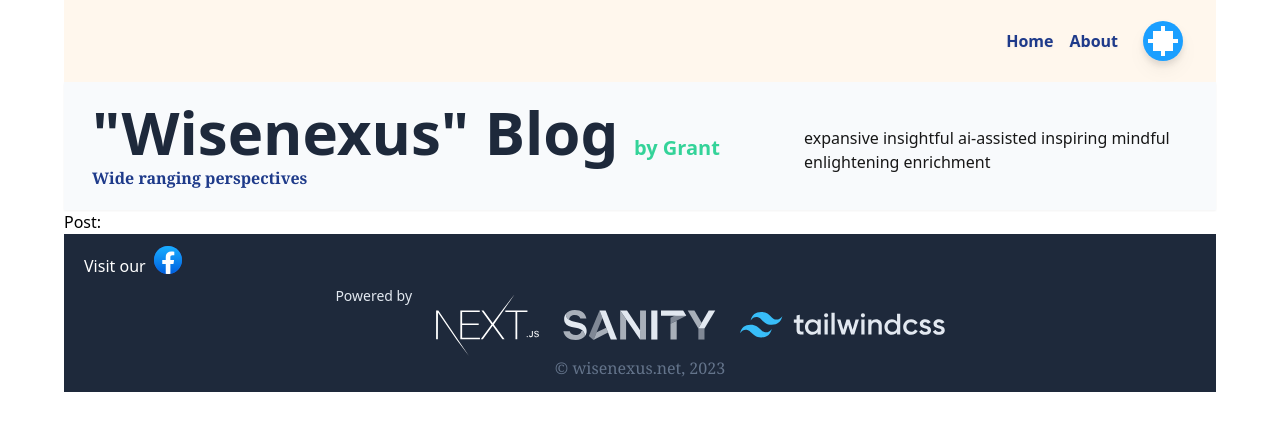
Repository: gpgundersen/sanity3-nextjs13-blog
Page: /post
An editor plug-in stored every save of this project. The page is shown before and after the next save, followed by the edit.
The browser window is 1280 px wide. The pictures show the whole page.
The project was rebuilt for these pictures with package versions that can differ from the ones it lists, and the page was loaded fresh each time. The framework's server and built-in components were replaced by stand-ins that run in the browser. Also part of the build but not shown: next.config.js.

Above is the page before, as saved 2023-02-05 17:03:21.

### app/(user)/layout.tsx
import Header from "../../components/Header"
import Banner from "../../components/Banner"
import Footer from "../../components/Footer"
import "../../styles/globals.css";

export default function RootLayout({
  children,
}: {
  children: React.ReactNode
}): JSX.Element {
  return (
    <html>
      <head />
      <body className="max-w-6xl mx-auto">
        <Header />
        <Banner />
        {children}
        <Footer />
        </body>
    </html>
  )
}

### app/(user)/post/page.tsx
import { client } from "../../../lib/sanity.client"

type Props = {
    params: {
        slug: string;
    };
};

function Post({params:
    { slug } }: Props) {
        return <div>Post: {slug}</div>;
    }


export default Post;

### components/Header.tsx
import NexusLogo from "./NexusLogo"
import Link from "next/link"

function Header() {
    return (
        <header className="flex items-center justify-end space-x-1 font-bold px-7 py-4 bg-orange-50">
            <div className="flex items-center justify-end space-x-4 mx-4 text-blue-900 drop-shadow-sm">
            <div className="hover:text-blue-500"><Link href="/">Home</Link></div>
            <div className="hover:text-blue-500"><Link href="/about/wise-phil">About</Link></div>
            </div>
            <div className="drop-shadow-lg">
               <NexusLogo />
            </div>
        </header>
    )
}

export default Header

### components/Banner.tsx
function Banner() {
    return <div className="flex items-center justify-between space-x-1 font-bold px-7 py-5 bg-slate-50 shadow-sm">
        <div >
            <h1 className="text-6xl text-slate-800">"Wisenexus" Blog <span className=" text-xl text-emerald-400">by Grant</span></h1>
            <h2 className="mt-4 md:mt-1 text-blue-900 font-serif">Wide ranging perspectives</h2>
        </div>
        <p className="mt-5 md:mt-2 max-w-sm text-neutral-900 font-thin">expansive insightful ai-assisted inspiring mindful enlightening enrichment</p>
        </div>

}

export default Banner

### components/Footer.tsx
import FbIcon from "./FbIcon"
import NextJsIcon from "./NextJsIcon"
import SanityIcon from "./SanityIcon"
import TailwindIcon from "./TailwindIcon"

function Footer() {
    return <div className="bg-slate-800 text-slate-200">
      <div className="container p-3">
        <div className="flex justify-start">
            <p className="text-white m-2 font-light">Visit our</p><FbIcon />
        </div>
        <div className="flex flex-wrap justify-center space-x-6 space-y-2">
          <p className="text-sm">Powered by</p><NextJsIcon /><SanityIcon /><TailwindIcon /></div>
       <h6 className="font-serif text-slate-500 text-center space-y-2">© wisenexus.net, 2023</h6>
      </div>
    </div>
}

export default Footer

### components/NexusLogo.tsx
function NexusLogo(props: any) {
    const {renderDefault, title} = props;
    return <div className="flex items-center space-x-2">
        <svg width="50" height="50" viewBox="0 0 50 50">
            <circle cx="25" cy="25" r="20" fill="#1B9FFF"/>
            <rect x="15" y="15" width="20" height="20" fill="white"/>
            <path d="M 25 10 L 25 40" stroke="white" strokeWidth="4"/>
            <path d="M 10 25 L 40 25" stroke="white" strokeWidth="4"/>
        </svg>
        {renderDefault && <>{renderDefault(props)}</>}
    </div>;
}

export default NexusLogo

### components/FbIcon.tsx
function FbIcon() {
    return <button className="bg-blue-600 rounded-full w-7 h-full">
      <a target="_blank" href="https://www.facebook.com/wise.nexus" rel="noopener noreferrer">
        <svg className="fill-white" xmlns="http://www.w3.org/2000/svg" viewBox="0 0 40 40">
          <linearGradient xmlns="http://www.w3.org/2000/svg" id="a" x1="-277.375" x2="-277.375" y1="406.6018" y2="407.5726" gradientTransform="matrix(40 0 0 -39.7778 11115.001 16212.334)" gradientUnits="userSpaceOnUse">
            <stop offset="0" stopColor="#0062e0"/>
            <stop offset="1" stopColor="#19afff"/>
          </linearGradient>
            <path xmlns="http://www.w3.org/2000/svg" fill="url(#a)" d="M16.7 39.8C7.2 38.1 0 29.9 0 20 0 9 9 0 20 0s20 9 20 20c0 9.9-7.2 18.1-16.7 19.8l-1.1-.9h-4.4l-1.1.9z"/>
            <path xmlns="http://www.w3.org/2000/svg" fill="#fff" d="m27.8 25.6.9-5.6h-5.3v-3.9c0-1.6.6-2.8 3-2.8H29V8.2c-1.4-.2-3-.4-4.4-.4-4.6 0-7.8 2.8-7.8 7.8V20h-5v5.6h5v14.1c1.1.2 2.2.3 3.3.3 1.1 0 2.2-.1 3.3-.3V25.6h4.4z"/>
        </svg>
      </a>
    </button>
}

export default FbIcon

### components/NextJsIcon.tsx
function NextJsIcon() {
    return <button className="">
        <a target="_blank" href="https://nextjs.org/" rel="noopener noreferrer">
            <svg xmlns="http://www.w3.org/2000/svg" width="103px" height="62px" viewBox="0 0 207 124" fill="white">
            <path d="M48.9421964,32.6320058 L87.9011585,32.6320058 L87.9011585,35.7136421 L52.5134345,35.7136421 L52.5134345,58.9070103 L85.7908813,58.9070103 L85.7908813,61.9886466 L52.5134345,61.9886466 L52.5134345,87.4526941 L88.306981,87.4526941 L88.306981,90.5343303 L48.9421964,90.5343303 L48.9421964,32.6320058 Z M91.3912326,32.6320058 L95.5306221,32.6320058 L113.8738,58.0960534 L132.622801,32.6320058 L158.124498,0.286809811 L116.22757,60.7722112 L137.817329,90.5343303 L133.51561,90.5343303 L113.8738,63.4483691 L94.1508254,90.5343303 L89.9302715,90.5343303 L111.682358,60.7722112 L91.3912326,32.6320058 Z M139.359455,35.713642 L139.359455,32.6320058 L183.756439,32.6320058 L183.756439,35.7136421 L163.302983,35.7136421 L163.302983,90.5343303 L159.731745,90.5343303 L159.731745,35.7136421 L139.359455,35.713642 Z"/>
            <polygon points="0.202923647 32.6320058 4.66697141 32.6320058 66.2235778 124.303087 40.785176 90.5343303 3.93649086 37.0111732 3.77416185 90.5343303 0.202923647 90.5343303"/>
            <path d="M183.396622,86.5227221 C184.134938,86.5227221 184.673474,85.9601075 184.673474,85.233037 C184.673474,84.5059658 184.134938,83.9433513 183.396622,83.9433513 C182.666993,83.9433513 182.11977,84.5059658 182.11977,85.233037 C182.11977,85.9601075 182.666993,86.5227221 183.396622,86.5227221 Z M186.905793,83.1297235 C186.905793,85.2763149 188.460599,86.678523 190.727662,86.678523 C193.142388,86.678523 194.601647,85.233037 194.601647,82.7229099 L194.601647,73.8855335 L192.655968,73.8855335 L192.655968,82.7142542 C192.655968,84.1078073 191.952397,84.8521899 190.710289,84.8521899 C189.598473,84.8521899 188.842785,84.1597409 188.816727,83.1297235 L186.905793,83.1297235 Z M197.146664,83.0172011 C197.285642,85.2503478 199.153145,86.678523 201.932686,86.678523 C204.903321,86.678523 206.762139,85.1811034 206.762139,82.792155 C206.762139,80.9138876 205.702439,79.8752151 203.131364,79.2779777 L201.750279,78.9404092 C200.117298,78.5595622 199.457158,78.0488813 199.457158,77.1573541 C199.457158,76.0321243 200.482113,75.296398 202.019547,75.296398 C203.478806,75.296398 204.48639,76.0148135 204.668797,77.1660091 L206.562359,77.1660091 C206.44944,75.0626962 204.590622,73.5825873 202.045605,73.5825873 C199.309495,73.5825873 197.48542,75.0626962 197.48542,77.2871878 C197.48542,79.1221767 198.519063,80.2127835 200.786126,80.7407758 L202.401734,81.1302779 C204.060773,81.5197807 204.790402,82.091051 204.790402,83.0431676 C204.790402,84.1510859 203.643842,84.9560573 202.08035,84.9560573 C200.403939,84.9560573 199.240006,84.2030196 199.074971,83.0172011 L197.146664,83.0172011 Z"/>
            </svg>
        </a>
    </button>
}

export default NextJsIcon

### components/SanityIcon.tsx
function SanityIcon () {
    return <button className="">
        <a target="_blank" href="https://www.sanity.io/" rel="noopener noreferrer">
        <svg viewBox="0 0 105 22" fill="none" xmlns="http://www.w3.org/2000/svg" height="2em">
            <path opacity="0.7" d="M78.1793 7.99261V21.0028H73.9031V10.2138L78.1793 7.99261Z" fill="currentColor"></path>
            <path opacity="0.7" d="M20.9511 21.33L30.944 16.1051L29.7121 12.9141L23.1332 15.9821L20.9511 21.33Z" fill="currentColor"></path>
            <path opacity="0.5" d="M73.9031 10.2027L84.7443 4.65477L82.9126 1.5571L73.9031 5.95997V10.2027Z" fill="currentColor"></path>
            <path opacity="0.7" d="M43.3705 6.96233V21.0028H39.2927V1.00714L43.3705 6.96233Z" fill="currentColor"></path>
            <path opacity="0.5" d="M27.1299 6.18617L20.9511 21.33L17.7731 18.5943L25.1353 1.00714L27.1299 6.18617Z" fill="currentColor"></path>
            <path d="M25.1353 1.00714H29.3477L37.1386 21.0028H32.8269L25.1353 1.00714Z" fill="currentColor"></path>
            <path d="M44.0012 1.00714L52.9824 14.6682V21.0028L39.2927 1.00714H44.0012Z" fill="currentColor"></path>
            <path d="M64.9183 1.00714H60.6739V21.0063H64.9183V1.00714Z" fill="currentColor"></path>
            <path d="M73.9031 4.65474H67.37V1.00714H82.5867L84.7443 4.65474H78.1793H73.9031Z" fill="currentColor"></path>
            <path opacity="0.5" d="M97.2754 13.4153V21.0028H93.0629V13.4153" fill="currentColor"></path>
            <path d="M93.0629 13.4152L100.191 1.00714H104.666L97.2754 13.4152H93.0629Z" fill="currentColor"></path>
            <path opacity="0.7" d="M93.063 13.4152L85.7363 1.00714H90.3456L95.3092 9.51008L93.063 13.4152Z" fill="currentColor"></path>
            <path d="M1.96126 3.31479C1.96126 6.09921 3.71145 7.75595 7.21536 8.62956L10.9283 9.47533C14.2444 10.2236 16.2639 12.0822 16.2639 15.1103C16.2897 16.4295 15.8531 17.7173 15.0274 18.7579C15.0274 15.7368 13.4367 14.1044 9.59972 13.1229L5.95409 12.3085C3.03475 11.6541 0.781478 10.1262 0.781478 6.83709C0.766123 5.56693 1.18116 4.32781 1.96126 3.31479" fill="currentColor"></path>
            <path opacity="0.7" d="M52.9824 13.6415V1.00714H57.0602V21.0028H52.9824V13.6415Z" fill="currentColor"></path>
            <path opacity="0.7" d="M12.7458 14.3689C14.3294 15.3643 15.0238 16.7565 15.0238 18.7544C13.713 20.4041 11.4101 21.33 8.70333 21.33C4.14718 21.33 0.958577 19.1268 0.25 15.2982H4.62547C5.18878 17.0559 6.68034 17.8703 8.67144 17.8703C11.1019 17.8703 12.7174 16.5964 12.7493 14.3619" fill="currentColor"></path>
            <path opacity="0.7" d="M4.23567 7.44267C3.5125 7.02045 2.9192 6.41375 2.51873 5.68697C2.11827 4.96019 1.92558 4.14045 1.96113 3.31476C3.22594 1.67891 5.42608 0.679993 8.10804 0.679993C12.7492 0.679993 15.4347 3.08852 16.0972 6.47856H11.8883C11.4242 5.14203 10.2621 4.10136 8.14347 4.10136C5.87957 4.10136 4.33487 5.39611 4.24629 7.44267" fill="currentColor"></path>
        </svg>
        </a>
    </button>
}

export default SanityIcon

### components/TailwindIcon.tsx
function TailwindIcon() {
    return <button className="">
        <a target="_blank" href="https://tailwindcss.com/" rel="noopener noreferrer">
            <svg xmlns="http://www.w3.org/2000/svg" width="204.8" height="25.6" viewBox="0 0 512 64">
                <path d="M52.898 0C38.792 0 29.976 7.053 26.45 21.16c5.29-7.054 11.462-9.699 18.515-7.935 4.024 1.005 6.9 3.926 10.084 7.157 5.186 5.264 11.189 11.357 24.3 11.357 14.106 0 22.922-7.053 26.449-21.16-5.29 7.054-11.462 9.699-18.515 7.935-4.024-1.005-6.9-3.926-10.084-7.157C72.012 6.093 66.01 0 52.898 0zM26.45 31.739c-14.106 0-22.922 7.053-26.449 21.16 5.29-7.054 11.461-9.699 18.514-7.935 4.025 1.007 6.9 3.926 10.084 7.157 5.186 5.264 11.19 11.357 24.3 11.357 14.107 0 22.923-7.053 26.45-21.16-5.29 7.054-11.462 9.699-18.515 7.935-4.024-1.005-6.9-3.926-10.084-7.156-5.186-5.265-11.189-11.358-24.3-11.358z" fill="#38bdf8"/>
                <path d="M158.687 26.747h-9.231v17.868c0 4.765 3.126 4.69 9.231 4.392v7.222c-12.358 1.489-17.272-1.936-17.272-11.614V26.747h-6.85v-7.743h6.85v-10l8.04-2.382v12.382h9.232zm35.192-7.743h8.04V56.23h-8.04v-5.36c-2.83 3.945-7.222 6.328-13.03 6.328-10.124 0-18.537-8.562-18.537-19.58 0-11.093 8.413-19.58 18.538-19.58 5.807 0 10.2 2.382 13.029 6.253zM182.115 49.53c6.7 0 11.764-4.989 11.764-11.912s-5.063-11.912-11.764-11.912-11.763 4.988-11.763 11.912 5.063 11.912 11.763 11.912zm33.205-36.11c-2.83 0-5.137-2.383-5.137-5.138a5.147 5.147 0 0 1 5.137-5.137 5.147 5.147 0 0 1 5.137 5.137c0 2.755-2.308 5.138-5.137 5.138zm-4.02 42.808V19.004h8.04V56.23zm17.346 0V1.881h8.041v54.348zm60.23-37.225h8.487L285.675 56.23h-7.892l-7.743-25.09-7.817 25.09h-7.891l-11.689-37.225h8.487l7.222 25.685 7.817-25.685h7.668l7.743 25.685zm18.464-5.583c-2.83 0-5.137-2.383-5.137-5.138a5.147 5.147 0 0 1 5.137-5.137 5.147 5.147 0 0 1 5.137 5.137c0 2.755-2.308 5.138-5.137 5.138zm-4.02 42.808V19.004h8.04V56.23zm36.926-38.193c8.339 0 14.295 5.659 14.295 15.337v22.856h-8.04V34.192c0-5.658-3.277-8.636-8.34-8.636-5.285 0-9.454 3.127-9.454 10.72V56.23h-8.04V19.004h8.04v4.765c2.457-3.871 6.477-5.733 11.54-5.733zM392.66 4.114h8.04V56.23h-8.04v-5.36c-2.83 3.945-7.222 6.328-13.029 6.328-10.125 0-18.538-8.562-18.538-19.58 0-11.093 8.413-19.58 18.538-19.58 5.807 0 10.2 2.382 13.029 6.253zM380.896 49.53c6.7 0 11.763-4.989 11.763-11.912s-5.063-11.912-11.763-11.912-11.763 4.988-11.763 11.912 5.062 11.912 11.763 11.912zm46.754 7.668c-11.242 0-19.654-8.562-19.654-19.58 0-11.093 8.412-19.58 19.654-19.58 7.296 0 13.625 3.796 16.603 9.603l-6.924 4.02c-1.638-3.498-5.286-5.732-9.753-5.732-6.552 0-11.54 4.988-11.54 11.689s4.988 11.688 11.54 11.688c4.467 0 8.115-2.308 9.902-5.732l6.923 3.945c-3.126 5.882-9.455 9.679-16.75 9.679zm30.003-27.919c0 6.775 20.027 2.68 20.027 16.454 0 7.445-6.477 11.465-14.517 11.465-7.445 0-12.806-3.35-15.188-8.71l6.924-4.021c1.191 3.35 4.169 5.36 8.264 5.36 3.573 0 6.328-1.19 6.328-4.169 0-6.626-20.027-2.903-20.027-16.23 0-6.998 6.03-11.39 13.624-11.39 6.105 0 11.168 2.828 13.773 7.742l-6.774 3.797c-1.34-2.903-3.946-4.244-6.999-4.244-2.903 0-5.435 1.266-5.435 3.946zm34.322 0c0 6.775 20.027 2.68 20.027 16.454 0 7.445-6.477 11.465-14.518 11.465-7.445 0-12.805-3.35-15.188-8.71l6.924-4.021c1.191 3.35 4.17 5.36 8.264 5.36 3.574 0 6.328-1.19 6.328-4.169 0-6.626-20.027-2.903-20.027-16.23 0-6.998 6.03-11.39 13.625-11.39 6.104 0 11.167 2.828 13.773 7.742l-6.775 3.797c-1.34-2.903-3.946-4.244-6.998-4.244-2.904 0-5.435 1.266-5.435 3.946z" fill="currentColor"/>
            </svg>
        </a>
    </button>
}

export default TailwindIcon

Loaded but not shown: styles/globals.css (common file); tailwind.config.js (common file)

After the next save:
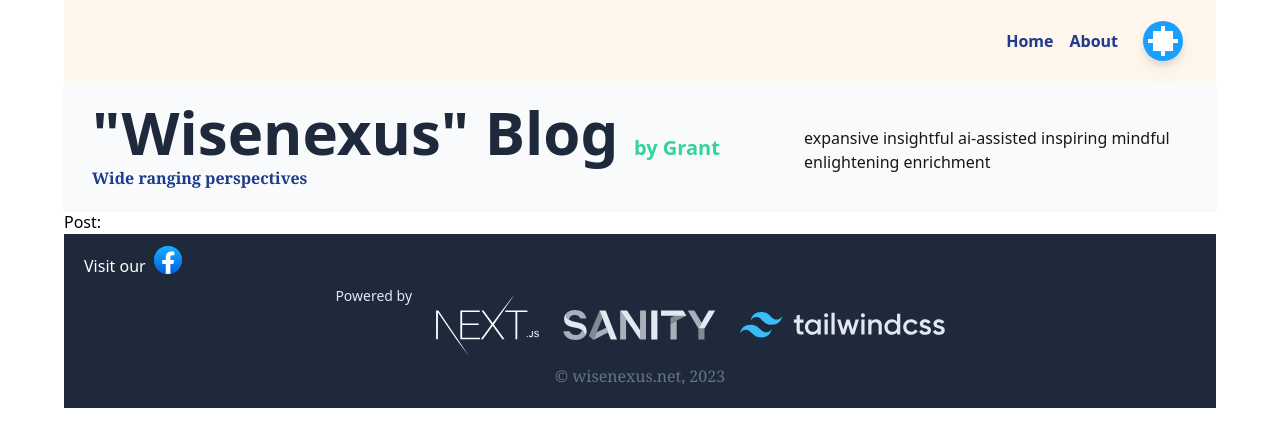
Saved 23 s later.
--- a/components/Footer.tsx
+++ b/components/Footer.tsx
@@ -11,7 +11,7 @@
         </div>
         <div className="flex flex-wrap justify-center space-x-6 space-y-2">
           <p className="text-sm">Powered by</p><NextJsIcon /><SanityIcon /><TailwindIcon /></div>
-       <h6 className="font-serif text-slate-500 text-center space-y-2">© wisenexus.net, 2023</h6>
+       <h6 className="font-serif text-slate-500 text-center m-2">© wisenexus.net, 2023</h6>
       </div>
     </div>
 }
